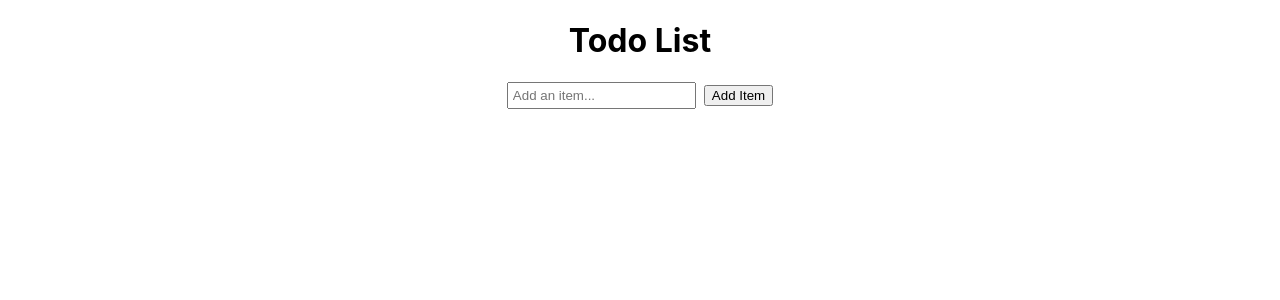
Repository: abhibhattarai136/Midterm_TODO_APP
Page: /
The author's editor kept a copy of each file at every save. The page is drawn from the files as they stood at one save, then again after the next save.
The browser window is 1280 px wide. The pictures show the whole page.
The project was rebuilt for these pictures with package versions that can differ from the ones it lists, and the page was loaded fresh each time. Also part of the build but not shown: src/components/Item.js.

Above is the page before, as saved 2022-09-27 18:18:56.

### src/App.js
import React, { useState } from "react";
import "./App.css";
// TODO: import the Item component
// TODO: import the Header component
import Item from "./components/Item";
import Header from "./components/Header";


function App() {
  // State Hook - `useState`
  const initialValue = {id :0,value : "" }
  const [newItem, setNewItem] = useState(initialValue);
  const [items, setItems] = useState([]);


  // Helper Functions

  function setNewItemList(e) {
    setNewItem({
      id : Math.floor(Math.random() * 100) ,
      value : e.target.value,
    });
  }
  function generate_a_random_number() {
    return Math.floor(Math.random() * 100)
  }


  function addItem() {
    if (newItem){
      setItems([...items,{id : generate_a_random_number(), value : newItem}])
    }
    setNewItem(initialValue);

  }

  /* TODO: Complete this method to delete an item(with id) from the items array */
  function deleteItem(id) {
    const completedItems = items.filter((myItems) => {
      return myItems.id !== id ;
    })
    setItems(completedItems)
  }


  // Main part of app
  return (
    <div className="app">
      {/* TODO: Add the Header component */}
      <Header/>

      <input
        type="text"
        placeholder="Add an item..."
        value={newItem.value}
        // onChange={}  TODO: complete the onChange to call the setNewItem hook.
        onChange={(e) => setNewItemList(e)}
      />

      {/* TODO: Add a button with onClick that calls the addItem() */}
      <button onClick={()=>addItem()}> Add Item </button>

        {items.map((item) => { return(
          <div>
            <Item
            item ={item.value}
             ></Item>

             <button
              className="delete-button"
              onClick={() => deleteItem(item.id)}
             >
              ❌

             </button>

          </div>



        )})







        }

    </div>

  );
}

export default App;

### src/App.css
.app {
  text-align: center;
}

input {
  padding: 4px;
  margin-right: 8px;
}


ul {
  /* Remove bullet point  */
  list-style: none;
}

li {
  margin: 12px 0;
}

.delete-button {
  font-size: 10px;
  margin-left: 8px;

  border: none;
  color: white;
  border-radius: 4px;

  padding-top: 4px;
  padding-bottom: 4px;
}

### src/components/Header.js
import React, {} from "react";

function Header() {
        /*
        TODO: Return a <h1> element with a description of your app.
        */
       return <h1>Todo List</h1>
}

export default Header;

Loaded but not shown: public/index.html (common file); src/index.js (common file); src/index.css (common file); src/reportWebVitals.js (common file)

After the next save:
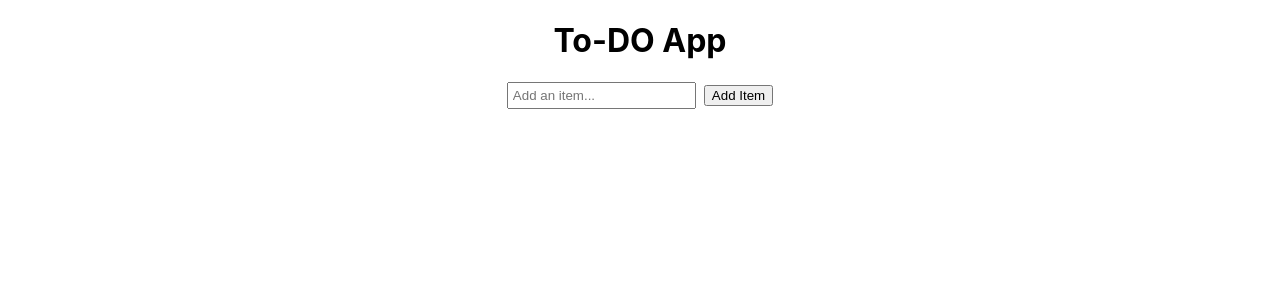
Saved 86 s later.
--- a/src/components/Header.js
+++ b/src/components/Header.js
@@ -4,7 +4,7 @@ function Header() {
         /*
         TODO: Return a <h1> element with a description of your app.
         */
-       return <h1>Todo List</h1>
+       return <h1>To-DO App</h1>
 }
 
 export default Header;
